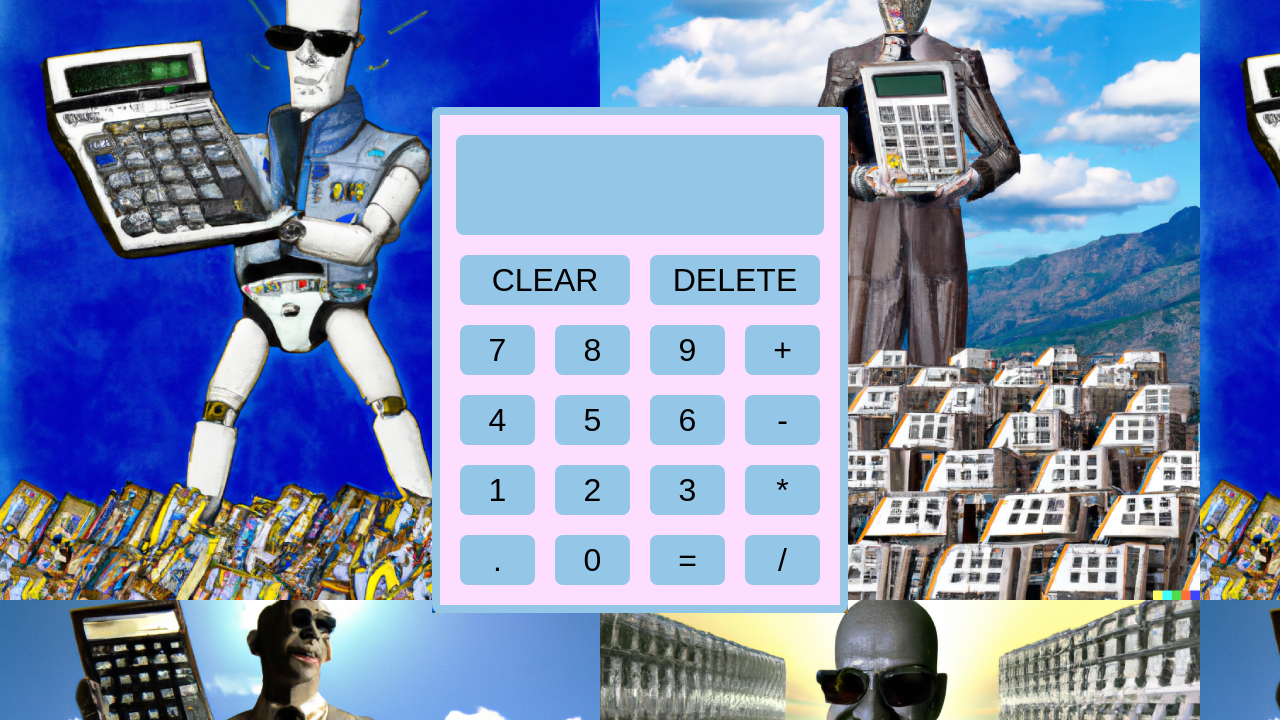
Repository: yeetzpxoci/calculator
Page: index.html
An editor plug-in stored every save of this project. The page is shown before and after the next save, followed by the edit.
The browser window is 1280 px wide. The pictures show the whole page.

Above is the page before, as saved 2023-02-05 13:58:37.

### index.html
<!doctype html>
<html lang="en">

<head>
    <meta charset="utf-8">
    <title>CALC YA LATER</title>
    <meta name="calculator" content="calculates">
    <link rel="stylesheet" href="style.css">
    <link rel="preconnect" href="https://fonts.googleapis.com">
    <link rel="preconnect" href="https://fonts.gstatic.com" crossorigin>
    <link href="https://fonts.googleapis.com/css2?family=Roboto&display=swap" rel="stylesheet">

</head>

<body>
    <div class="calculator-container">
        <div id="display" class="display">
            1234
        </div>
        <div class="button-container">
            <button class="clear-button">CLEAR</button>
            <button class="delete-button">DELETE</button>
            <button class="number-button">7</button>
            <button class="number-button">8</button>
            <button class="number-button">9</button>
            <button class="operator-button">+</button>
            <button class="number-button">4</button>
            <button class="number-button">5</button>
            <button class="number-button">6</button>
            <button class="operator-button">-</button>
            <button class="number-button">1</button>
            <button class="number-button">2</button>
            <button class="number-button">3</button>
            <button class="operator-button">*</button>
            <button class="floating-point">.</button>
            <button class="number-button">0</button>
            <button class="equal-button">=</button>
            <button class="operator-button">/</button>
        </div>
    </div>
</body>

<script src="script.js"></script>

</html>

### style.css
html, body {
    background-image: url("ab4.png");
    display: flex;
    min-height: 100%;
    justify-content: center;
    align-items: center;
}

.calculator-container {
    background-color: #FEDEFF;
    height: 490px;
    width: 400px;
    border-radius: 8px;
    border-width: 8px;
    border-style: solid;
    border-color: #93C6E7;
    display: flex;
    flex-direction: column;
    flex-wrap: wrap;
    justify-content: flex-start;
    align-items: center;
}

.display {
    background-color: #93C6E7;
    height: 100px;
    width: 360px;
    border-radius: 8px;
    display: flex;
    justify-content: flex-end;
    align-items: center;
    font-size: 64px;
    font-family: Roboto;
    font-weight: 900;
    padding-right: 8px;
    margin-top: 20px;
}

.button-container {
    display: flex;
    flex-wrap: wrap;
    align-items: center;
    justify-content: space-around;
    gap: 20px;
    margin: 20px;
}

.clear-button, .delete-button {
    font-size: 32px;
    height: 50px;
    width: 170px;
    border-style: dashed;
    border-radius: 8px;
    border-color: #93C6E7;
    background-color: #93C6E7;
}

.number-button, .operator-button, .equal-button, .floating-point {
    height: 50px;
    width: 75px;
    font-size: 32px;
    border-style: dashed;
    border-radius: 8px;
    border-color: #93C6E7;
    background-color: #93C6E7;
}

### script.js
function add(a, b) {
    return a + b
}

function subtract(a, b) {
    return a - b
}

function multiply(a, b) {
    return a * b
}

function divide(a, b) {
    return a / b
}

function operate(operator, a, b) {
    switch (operator) {
        case '+': result = add(a, b); break;
        case '-': result = subtract(a, b); break;
        case '*': result = multiply(a, b); break;
        case '/': result = divide(a, b); break;
    }
    return result;
}

var first_value = 0;
var second_value = 0;
var current_operator = "";

const display = document.getElementById("display")
display.innerHTML = ""

document.querySelectorAll(".number-button").forEach(function(element) {
    element.addEventListener("click", function () {
        if (display.innerHTML === current_operator) {
            display.innerHTML = "";
            display.innerHTML = display.innerHTML + this.innerHTML;
        } else {
            display.innerHTML = display.innerHTML + this.innerHTML;
        }
    })
})

document.querySelectorAll(".operator-button").forEach(function (element) {
    element.addEventListener("click", function () {
        if (current_operator === "") {
            first_value = parseFloat(display.innerHTML);
            display.innerHTML = this.innerHTML;
        } else {
            display.innerHTML = this.innerHTML;
        }
        current_operator = display.innerHTML;
    })
})

document.querySelector(".clear-button").addEventListener("click", function () {
    display.innerHTML = ""
    var first_value = 0;
    var second_value = 0;
    var current_operator = "";
;})

document.querySelector(".delete-button").addEventListener("click", function () {
    display.innerHTML = display.innerHTML.slice(0, -1);
})

document.querySelector(".floating-point").addEventListener("click", function () {
    display.innerHTML = display.innerHTML + this.innerHTML;
})

document.querySelector(".equal-button").addEventListener("click", function () {
    if (current_operator !== "") {
        second_value = parseFloat(display.innerHTML);
        if (current_operator === "/" && second_value == 0) {
            alert("Error: division by 0 is undefined.");
        } else {
            display.innerHTML = String(Math.round(operate(current_operator, first_value, second_value) * 100) / 100);
        }
    }
    current_operator = "";
})

After the next save:
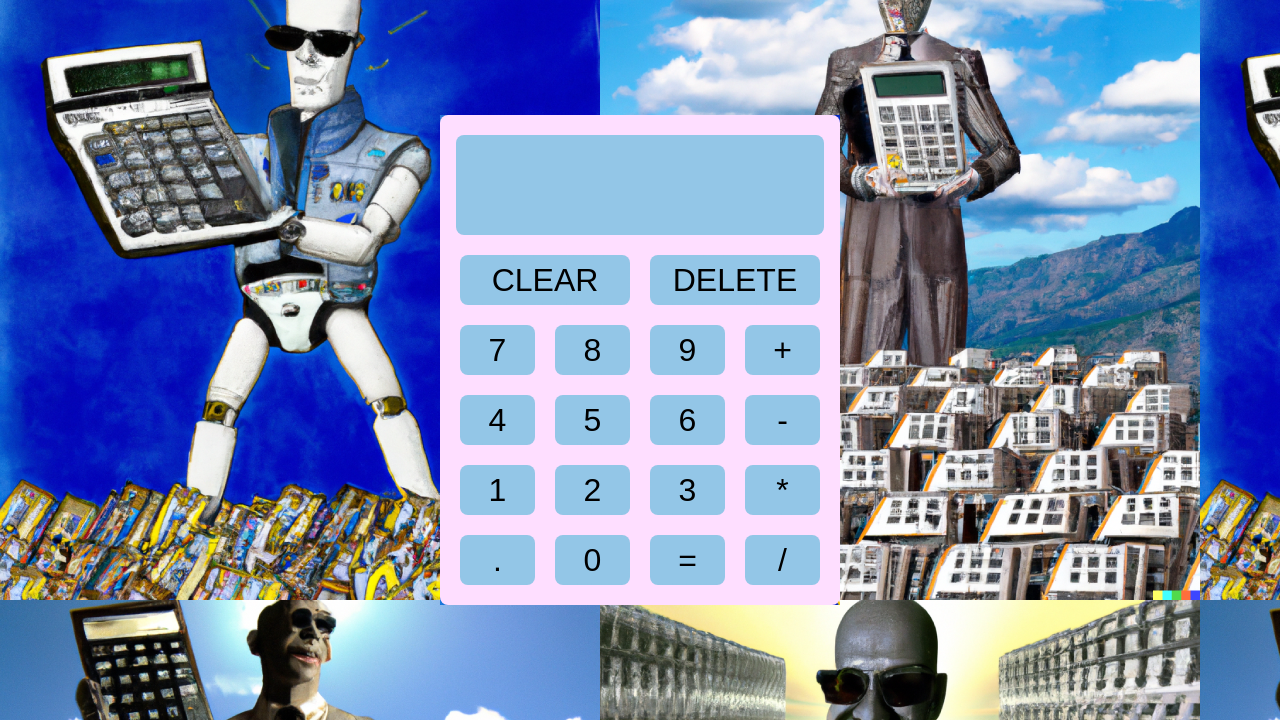
Saved 51 s later.
--- a/style.css
+++ b/style.css
@@ -11,8 +11,6 @@
     height: 490px;
     width: 400px;
     border-radius: 8px;
-    border-width: 8px;
-    border-style: solid;
     border-color: #93C6E7;
     display: flex;
     flex-direction: column;

After the save that followed:
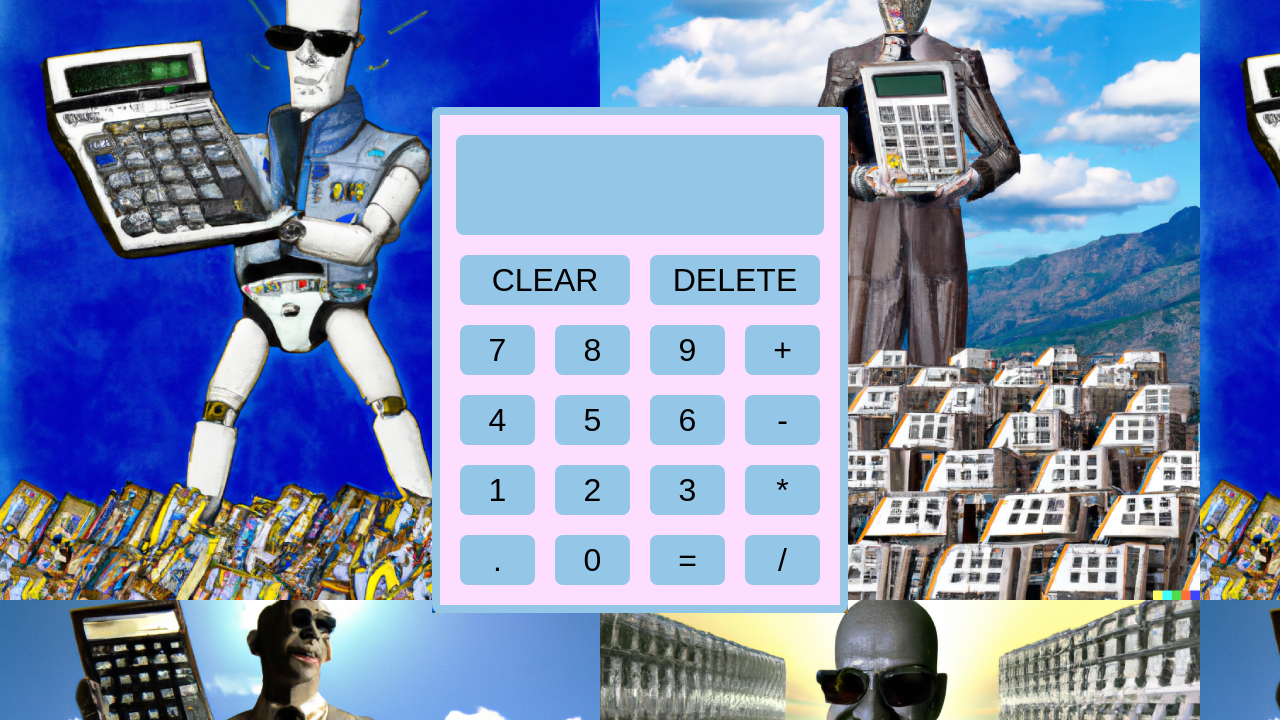
Saved 15 s later.
--- a/style.css
+++ b/style.css
@@ -11,6 +11,8 @@
     height: 490px;
     width: 400px;
     border-radius: 8px;
+    border-width: 8px;
+    border-style: solid;
     border-color: #93C6E7;
     display: flex;
     flex-direction: column;
